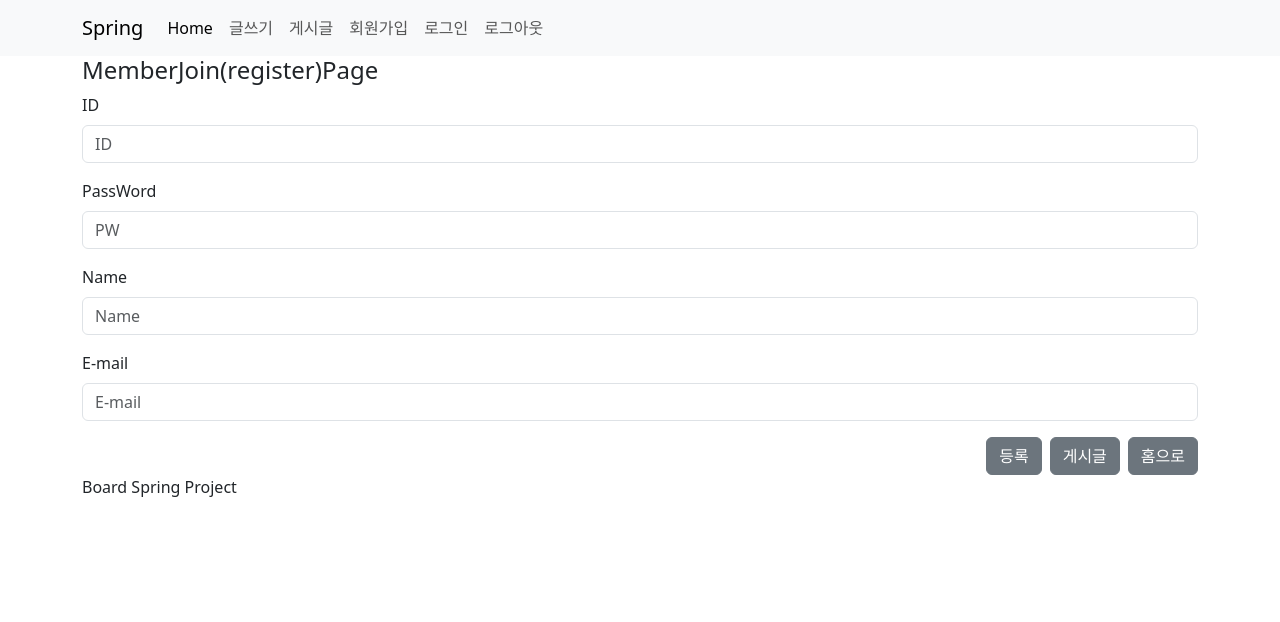
Repository: dasberaht/240430_SPRING_PROJECT
Page: http://localhost/spring_study/WEB-INF/views/member/register.jsp
These files come from the project's save history. The page is drawn as it stood at one moment and after the next save; the edit follows.
The browser window is 1280 px wide. The pictures show the whole page.
The page is served by Tomcat 9. Nobody is signed in. The template is opened directly, without the code that normally fills it, so the values that code supplies are empty.

Above is the page before, as saved 2024-04-25 05:51:57.

### spring_study/src/main/webapp/WEB-INF/views/member/register.jsp
<%@ page language="java" contentType="text/html; charset=UTF-8"
    pageEncoding="UTF-8"%>

<jsp:include page="../layout/header.jsp" />
	<div class="container-md">
		<h4>MemberJoin(register)Page</h4>
		<div>
		<form action="" method="post">
			<div class="mb-3">
			  <label for="i" class="form-label">ID</label>
			  <input type="text" class="form-control" name="id" id="i" placeholder="ID">
			</div>
			<div class="mb-3">
			  <label for="p" class="form-label">PassWord</label>
			  <input type="text" class="form-control" name="pw" id="p" placeholder="PW">
			</div>
			<div class="mb-3">
			  <label for="n" class="form-label">Name</label>
			  <input type="text" class="form-control" name="name" id="n" placeholder="Name">
			</div>
			<div class="mb-3">
			  <label for="e" class="form-label">E-mail</label>
			  <input type="text" class="form-control" name="email" id="e" placeholder="E-mail">
			</div>


			<div class="d-grid gap-2 d-md-flex justify-content-md-end">
			<button type="submit" class="btn btn-secondary">등록</button>
			<a href="/board/list"><button type="button" class="btn btn-secondary">게시글</button></a>
			<a href="index"><button type="button" class="btn btn-secondary">홈으로</button></a>
			</div>
		</form>
	</div>
	</div>
<jsp:include page="../layout/footer.jsp" />

### spring_study/src/main/webapp/WEB-INF/views/layout/header.jsp
<%@ page language="java" contentType="text/html; charset=UTF-8"
    pageEncoding="UTF-8"%>
<!DOCTYPE html>
<html>
<head>
<meta charset="UTF-8">
<title>header.jsp</title>
<link href="https://cdn.jsdelivr.net/npm/bootstrap@5.3.3/dist/css/bootstrap.min.css" rel="stylesheet" integrity="sha384-QWTKZyjpPEjISv5WaRU9OFeRpok6YctnYmDr5pNlyT2bRjXh0JMhjY6hW+ALEwIH" crossorigin="anonymous">
<script src="https://cdn.jsdelivr.net/npm/bootstrap@5.3.3/dist/js/bootstrap.bundle.min.js" integrity="sha384-YvpcrYf0tY3lHB60NNkmXc5s9fDVZLESaAA55NDzOxhy9GkcIdslK1eN7N6jIeHz" crossorigin="anonymous"></script>
</head>
<body>
<!-- 부트스트랩 네비게이션 바 참고 -->
<nav class="navbar navbar-expand-lg bg-body-tertiary">
  <!-- <div class="container-fluid"> -->
  <div class="container-md">
    <a class="navbar-brand" href="#">Spring</a>
    <button class="navbar-toggler" type="button" data-bs-toggle="collapse" data-bs-target="#navbarSupportedContent" aria-controls="navbarSupportedContent" aria-expanded="false" aria-label="Toggle navigation">
      <span class="navbar-toggler-icon"></span>
    </button>
    <div class="collapse navbar-collapse" id="navbarSupportedContent">
      <ul class="navbar-nav me-auto mb-2 mb-lg-0">
        <li class="nav-item">
          <a class="nav-link active" aria-current="page" href="/">Home</a>
        </li>
        <li class="nav-item">
          <a class="nav-link" href="/board/register">글쓰기</a>
        </li>
        <li class="nav-item">
          <a class="nav-link" href="/board/list">게시글</a>
        </li>
        <li class="nav-item">
          <a class="nav-link" href="#">회원가입</a>
        </li>
        <li class="nav-item">
          <a class="nav-link" href="#">로그인</a>
        </li>
        <li class="nav-item">
          <a class="nav-link" href="#">로그아웃</a>
        </li>
      </ul>
    </div>
  </div>
</nav>

### spring_study/src/main/webapp/WEB-INF/views/layout/footer.jsp
<%@ page language="java" contentType="text/html; charset=UTF-8"
    pageEncoding="UTF-8"%>
<!DOCTYPE html>

<title>footer.jsp</title>
	<div class="container-md">
		Board Spring Project ${serverTime }
	</div>

</body>
</html>

After the next save:
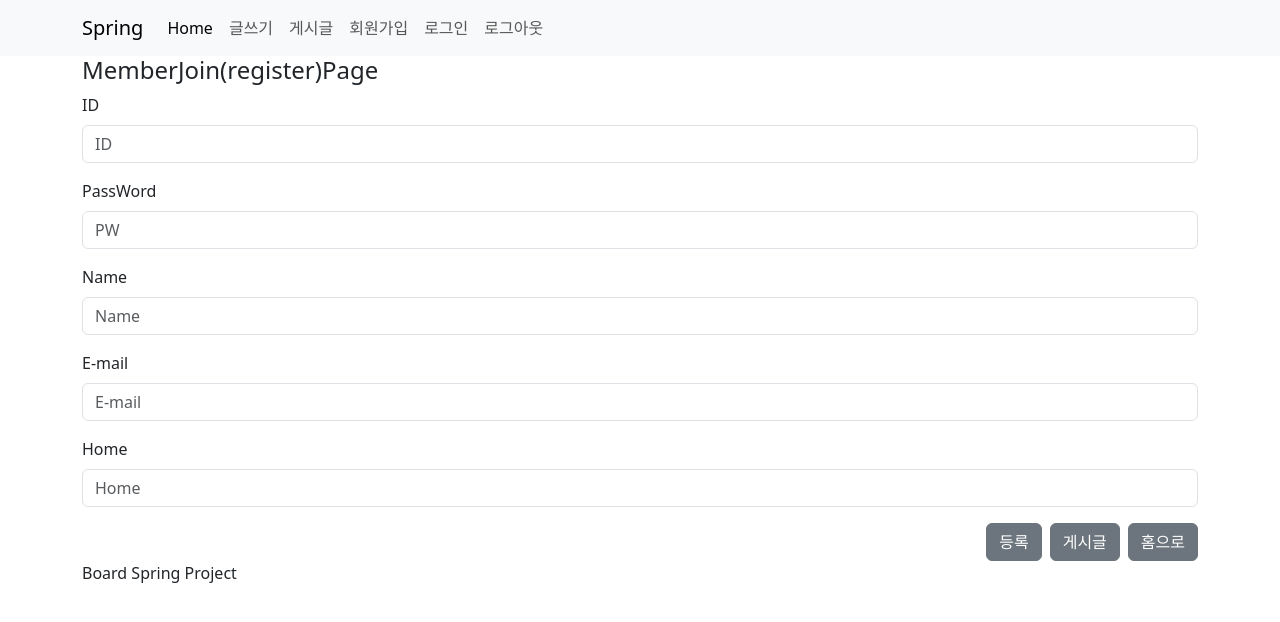
Saved 20 s later.
--- a/spring_study/src/main/webapp/WEB-INF/views/member/register.jsp
+++ b/spring_study/src/main/webapp/WEB-INF/views/member/register.jsp
@@ -22,6 +22,10 @@
 			  <label for="e" class="form-label">E-mail</label>
 			  <input type="text" class="form-control" name="email" id="e" placeholder="E-mail">
 			</div>
+			<div class="mb-3">
+			  <label for="h" class="form-label">Home</label>
+			  <input type="text" class="form-control" name="home" id="h" placeholder="Home">
+			</div>
 
 
 			<div class="d-grid gap-2 d-md-flex justify-content-md-end">
